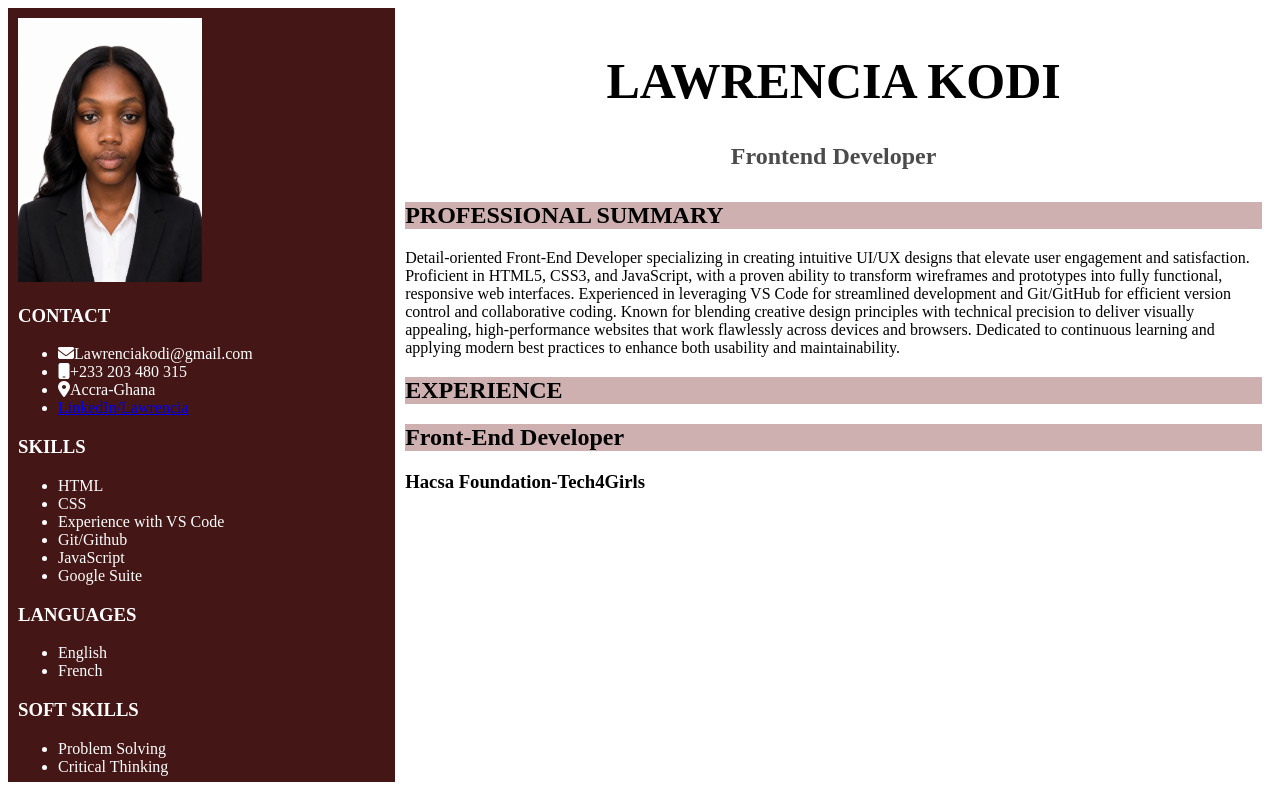
Repository: lawrencia-coder/T4G_CV
Page: index.html
The author's editor kept a copy of each file at every save. The page is drawn from the files as they stood at one save, then again after a run of saves.
The browser window is 1280 px wide. The pictures show the whole page.
Some icons come from a web library that is not loaded, so they are not drawn. Some web libraries are served in a nearby version.

Above is the page before, as saved 2026-07-14 08:14:07.

After the next 3 saves:
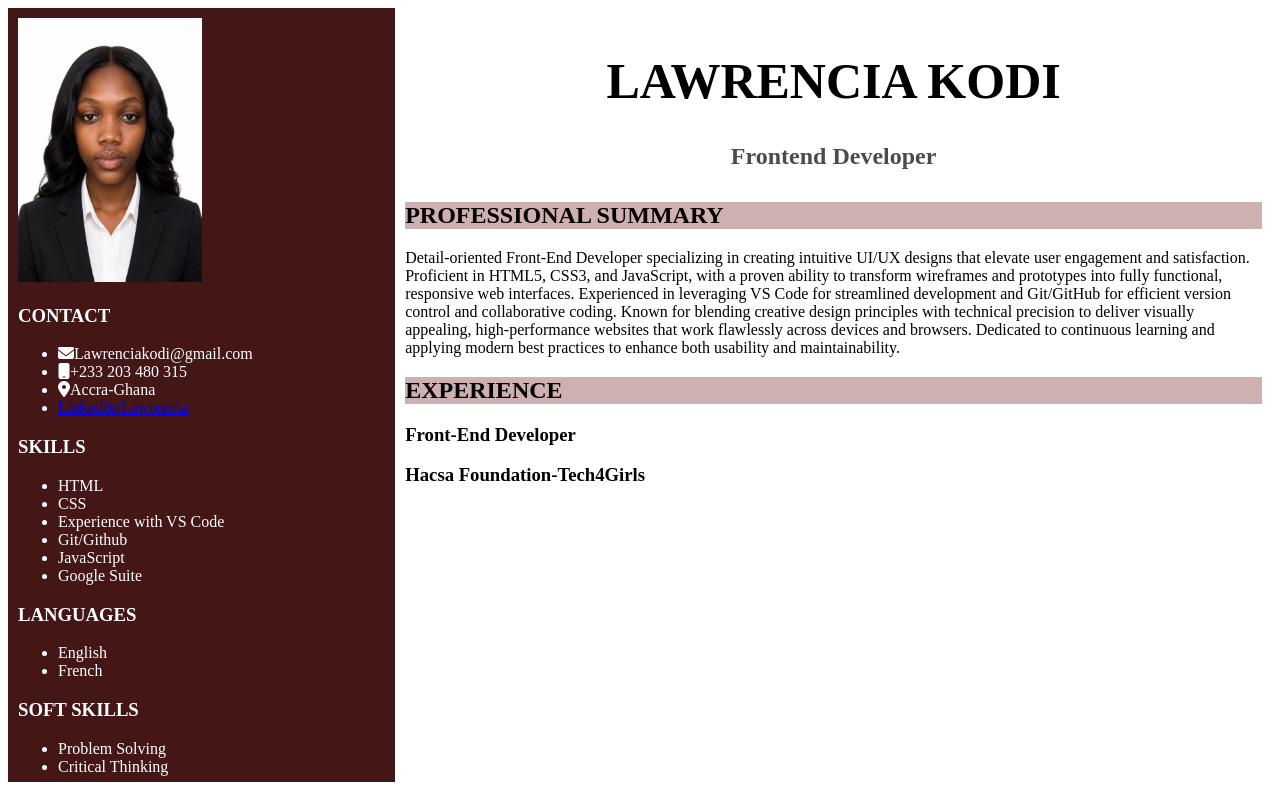
The 3 saves are shown as one change because they came seconds apart.
The last was saved 8 s later.
--- a/index.html
+++ b/index.html
@@ -62,7 +62,7 @@
                 </p>
 
                 <h2>EXPERIENCE</h2>
-                <h2>Front-End Developer</h2>
+                <h3>Front-End Developer</h3>
                 <h3>Hacsa Foundation-Tech4Girls</h3>
          </div>
     </div>
